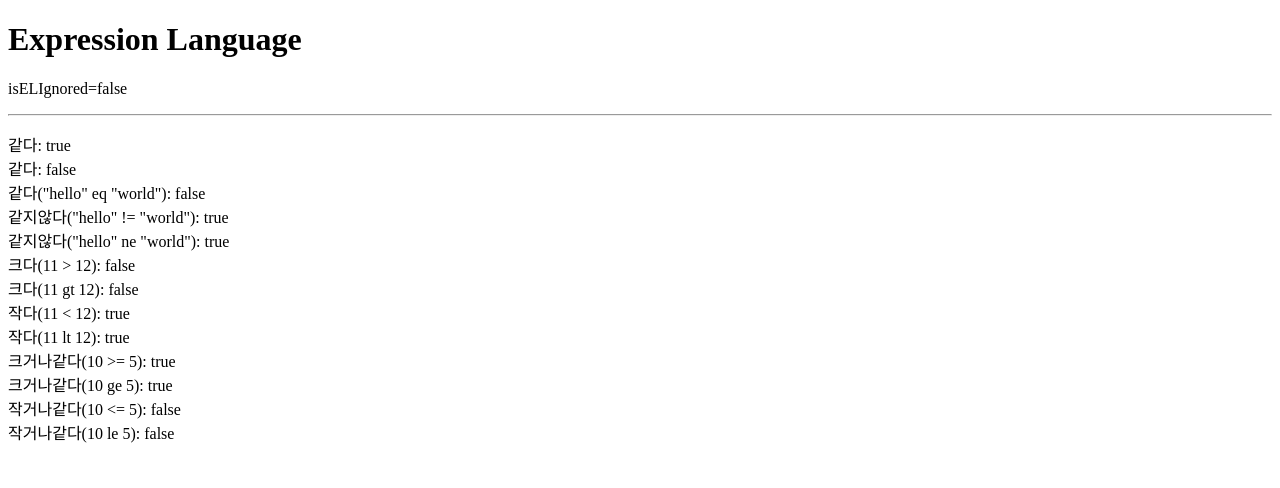
Repository: jsb5589/JAVAStudy
Page: http://localhost/JSP04/elTest5.jsp
The author's editor kept a copy of each file at every save. The page is drawn from the files as they stood at one save, then again after the next save.
The browser window is 1280 px wide. The pictures show the whole page.
The page is served by Tomcat 9.

Above is the page before, as saved 2021-08-12 06:30:32.

After the next save:
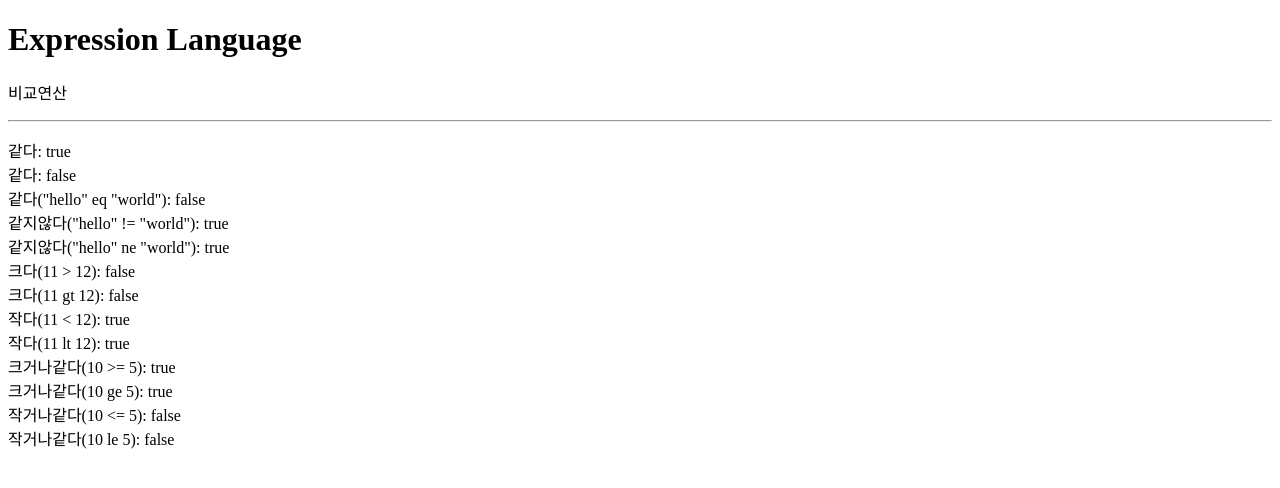
Saved 83 s later.
--- a/EZWebs/JSP04/src/main/webapp/elTest5.jsp
+++ b/EZWebs/JSP04/src/main/webapp/elTest5.jsp
@@ -8,7 +8,7 @@
 </head>
 <body>
 	<h1>Expression Language</h1>
-	<p>isELIgnored=false</p>
+	<p>비교연산</p>
 	<hr>
 	<p>
 		같다: ${10 == 10} <br>
